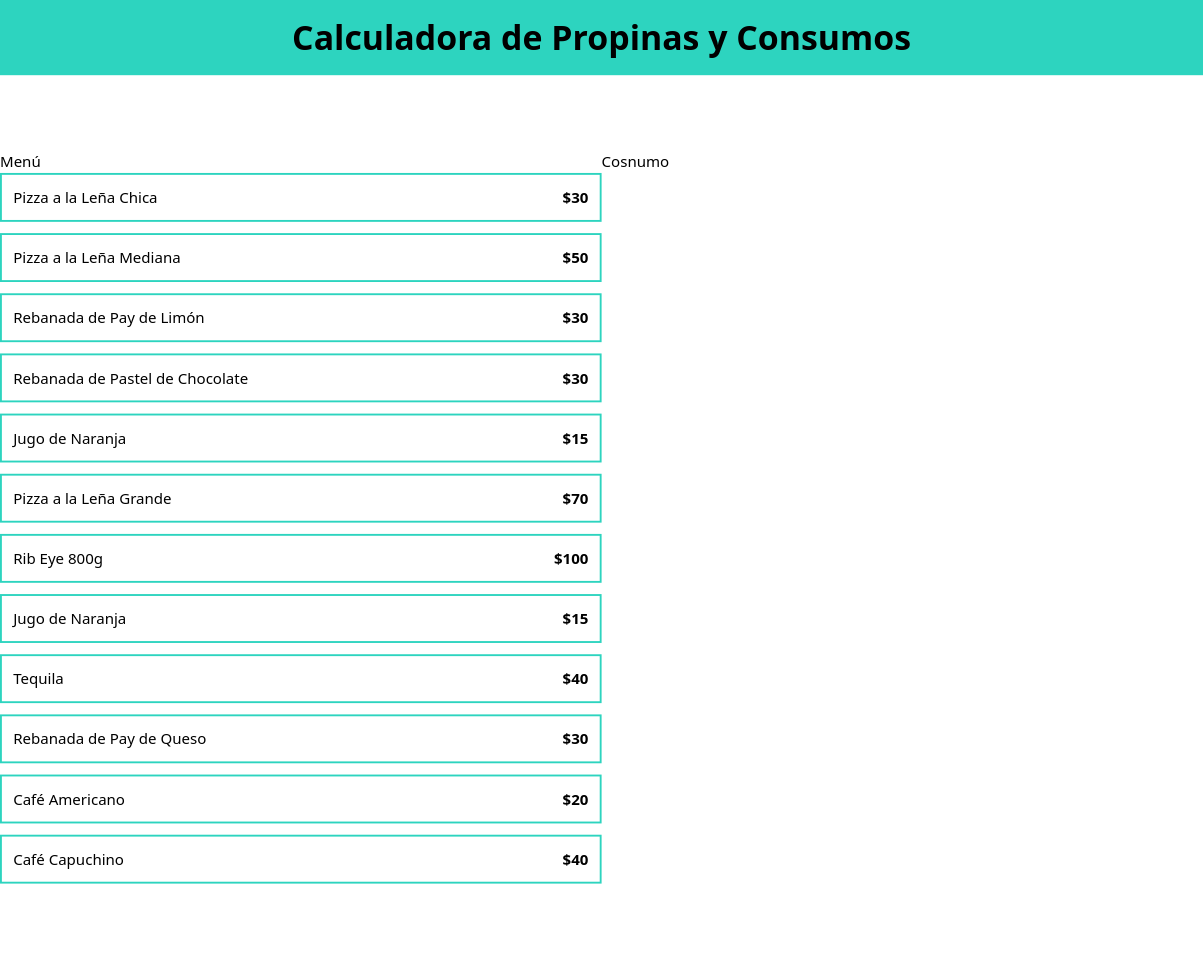
Repository: Matiiu/tip-calculator
Page: /
An editor plug-in stored every save of this project. The page is shown before and after the next save, followed by the edit.
The browser window is 1280 px wide. The pictures show the whole page, at 94% of full size.
The project was rebuilt for these pictures with package versions that can differ from the ones it lists, and the page was loaded fresh each time. Also part of the build but not shown: vite.config.ts.

Above is the page before, as saved 2024-03-29 09:56:41.

### src/App.tsx
import Header from "./components/Header";
import { menuItems } from "./api/db";
import MenuItem from "./components/MenuItem";

export default function App() {
  return (
    <>
      <Header />

      <main className="max-w-7xl mx-auto py-20 grid md:grid-cols-2">
        <div>
          <h2>Menú</h2>

          <section className="space-y-3">
            {menuItems.map(item => (
              <MenuItem
                key={item.id}
                item={item}
              />
            ))}
          </section>
        </div>

        <div>
          <h2>Cosnumo</h2>

        </div>
      </main>
    </>
  )
}

### src/components/Header.tsx
export default function Header() {
  return (
    <header className="bg-teal-400 py-5">
        <h1 className="text-center text-4xl font-black">Calculadora de Propinas y Consumos</h1>
    </header>
  )
}

### src/api/db.ts
import type { MenuItem } from '../types';

export const menuItems: MenuItem[] = [
  {
    id: 1,
    name: "Pizza a la Leña Chica",
    price: 30,
  },
  {
    id: 2,
    name: "Pizza a la Leña Mediana",
    price: 50,
  },
  {
    id: 3,
    name: "Rebanada de Pay de Limón",
    price: 30,
  },
  {
    id: 4,
    name: "Rebanada de Pastel de Chocolate",
    price: 30,
  },
  {
    id: 5,
    name: "Jugo de Naranja",
    price: 15,
  },
  {
    id: 6,
    name: "Pizza a la Leña Grande",
    price: 70,
  },
  {
    id: 7,
    name: "Rib Eye 800g",
    price: 100,
  },
  {
    id: 8,
    name: "Jugo de Naranja",
    price: 15,
  },
  {
    id: 9,
    name: "Tequila",
    price: 40,
  },
  {
    id: 10,
    name: "Rebanada de Pay de Queso",
    price: 30,
  },
  {
    id: 11,
    name: "Café Americano",
    price: 20,
  },
  {
    id: 12,
    name: "Café Capuchino",
    price: 40,
  },
];

### src/components/MenuItem.tsx
import type { MenuItem } from "../types";

type MenuItemProps = {
  item: MenuItem;
};

export default function MenuItem({ item }: MenuItemProps) {
  return (
    <button className="border-2 border-teal-400 hover:bg-teal-200 w-full p-3 flex justify-between">
        <p>{item.name}</p>
        <p className="font-black">${item.price}</p>
    </button>
  );
}

Loaded but not shown: index.html (common file); src/main.tsx (common file); src/index.css (common file); tailwind.config.js (common file)

After the next save:
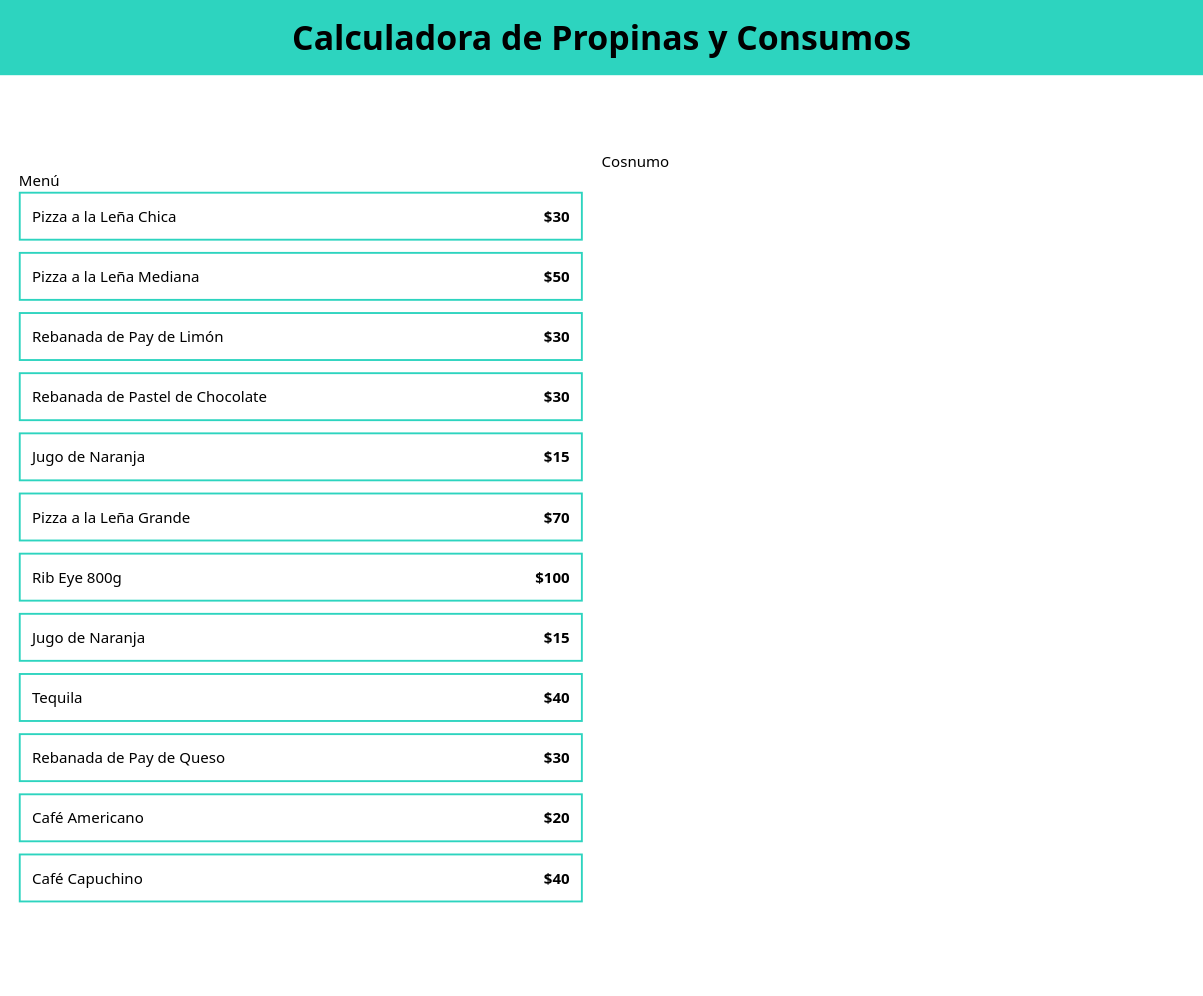
Saved 16 s later.
--- a/src/App.tsx
+++ b/src/App.tsx
@@ -8,7 +8,7 @@ export default function App() {
       <Header />
 
       <main className="max-w-7xl mx-auto py-20 grid md:grid-cols-2">
-        <div>
+        <div className="p-5">
           <h2>Menú</h2>
 
           <section className="space-y-3">
